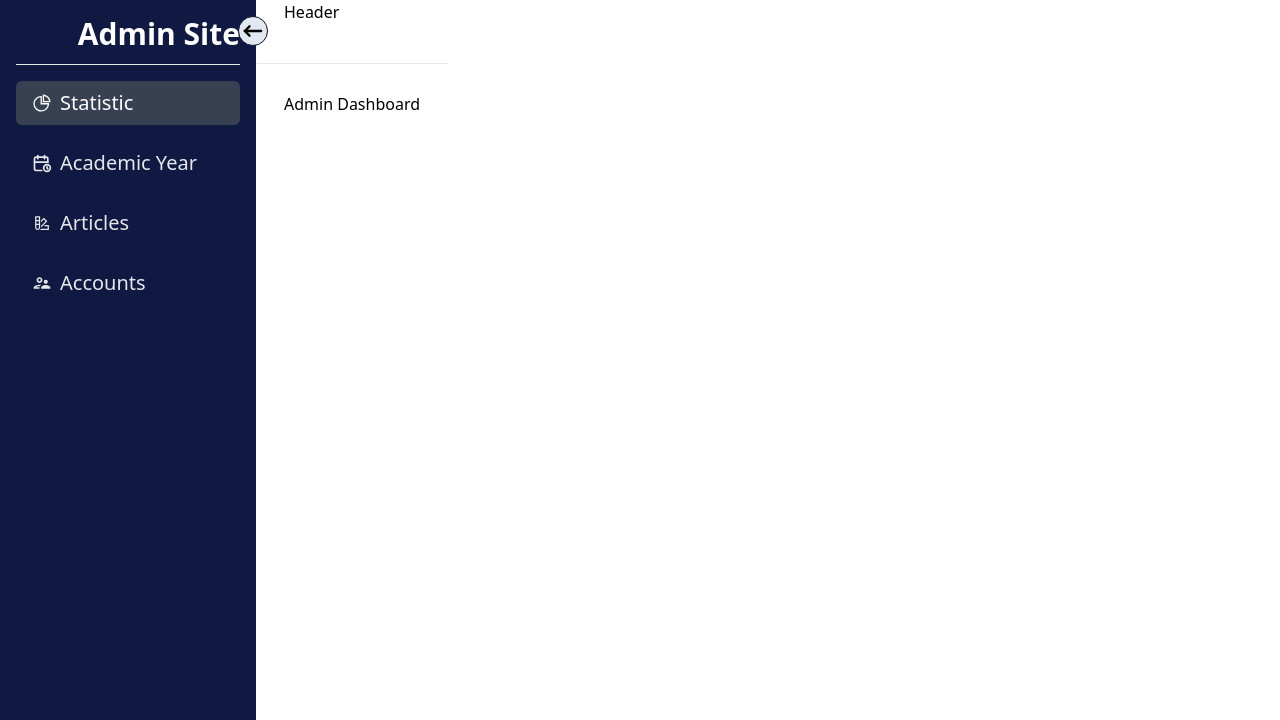
Repository: huynhvanngoan/COMP1640FE-Template
Page: /admin
The author's editor kept a copy of each file at every save. The page is drawn from the files as they stood at one save, then again after the next save.
The browser window is 1280 px wide. The pictures show the whole page.
The project was rebuilt for these pictures with package versions that can differ from the ones it lists, and the page was loaded fresh each time. Also part of the build but not shown: src/components/buttonStyles.js, src/pages/LoginPage.jsx, src/pages/student/StudentDashboard.jsx, src/pages/department/DepartmentDashboard.jsx, src/pages/marketing/MarketingDashboard.jsx, src/pages/guest/GuestDashboard.jsx.

Above is the page before, as saved 2024-03-24 07:02:15.

### src/index.js
import React from 'react';
import ReactDOM from 'react-dom/client';
import './index.css';
import App from './App';

const root = ReactDOM.createRoot(document.getElementById('root'));
root.render(
  <React.StrictMode>
      <App />
  </React.StrictMode>
)

### src/index.css
@import url('https://fonts.googleapis.com/css2?family=Inter:wght@100;200;300;400;500;600;700;800;900&display=swap');
@tailwind base;
@tailwind components;
@tailwind utilities;

### src/App.js
import React from 'react'
import { BrowserRouter as Router, Routes, Route, Navigate } from "react-router-dom";
import LoginPage from './pages/LoginPage';
import StudentDashboard from './pages/student/StudentDashboard';
import DepartmentDashboard from './pages/department/DepartmentDashboard';
import MarketingDashboard from './pages/marketing/MarketingDashboard';
import GuestDashboard from './pages/guest/GuestDashboard';
import Layout from './pages/admin/layout';
const App = () => {


  return (
    <Router>
        <Routes>
          <Route path="/login" element={<LoginPage/>} />

          <Route path="/admin" element={<Layout />}/>

          <Route path="/student-dashboard" element={<StudentDashboard />}/>

          <Route path="/guest-dashboard" element={<GuestDashboard />}/>

          <Route path="/department-dashboard" element={<DepartmentDashboard />}/>

          <Route path="/marketing-dashboard" element={<MarketingDashboard />}/>

          {/* <Route path='/marketing-homepage' element={<MarketingHomePage  />}/> */}

          <Route path='*' element={<Navigate to="/login" />} />

        </Routes>
    </Router>
  )
}

export default App

### src/pages/admin/layout.js
import React from 'react';
import Sidebar from './Sidebar';
import Header from './Header';
import AdminDashboard from './AdminDashboard';


export default function Layout() {
  return (
      <div className='flex'>
        <Sidebar />
        <div className='flex flex-col'>
          <Header />
          <AdminDashboard />
        </div>
      </div>
  );
}

### src/pages/admin/Sidebar.js
import React, { useState } from 'react';
import { Link } from 'react-router-dom';
import { AiOutlinePieChart } from "react-icons/ai";
import { TbCalendarTime } from "react-icons/tb";
import { LiaSwatchbookSolid } from "react-icons/lia";
import { MdOutlineSupervisorAccount } from "react-icons/md";
import { TbArrowNarrowLeft } from "react-icons/tb";
export const SidebarContent = [
  {
    icon: AiOutlinePieChart,
    heading: "Statistic"
  },
  {
    icon: TbCalendarTime,
    heading: "Academic Year"
  },
  {
    icon: LiaSwatchbookSolid,
    heading: "Articles"
  },
  {
    icon: MdOutlineSupervisorAccount,
    heading: "Accounts"
  }
]

export default function Sidebar() {
  const [selected, setSelected] = useState(0);
  const [colapse, setColapse] = useState(true);

  return (
    <div className={`left-0 top-0 h-screen bg-[#0f1941] p-4 ${colapse ? "w-64" : "w-20"} duration-300`}>
        <div className='flex flex-col'>
           <div className='relative flex h-10 justify-end'>
            <h1 className='text-white text-3xl font-bold mr-'>Admin Site</h1>
            <TbArrowNarrowLeft className={`text-3xl bg-slate-200 rounded-full cursor-pointer absolute -right-7 border border-[#080e24] hover:text-white ${!colapse && 'rotate-180'}`} onClick={() => setColapse(!colapse)} />
           </div>
          <ul className='my-2 border-t pt-4 w-full items-center'>
            {SidebarContent.map((item, index) => {
              return (
                <li className={selected === index  ? "mb-4 group active" : "mb-4" } key={index} onClick={() => setSelected(index)}>
                  <Link to="#" className={`flex w-full rounded-md items-center space-x-2 text-gray-200 hover:bg-[#080e24] hover:text-white group-[.active]:bg-gray-700 group-[.active]:text-white ${colapse ? 'text-xl px-4 py-2 ': 'text-3xl px-2 py-1'}`}>
                    { colapse ? (
                      <>
                        <item.icon />
                        <span>{item.heading}</span>
                      </>
                    ) : ( <item.icon />)
                    }
                  </Link>
                </li>
              )
            })}
          </ul>
        </div>
    </div>
  );
}

### src/pages/admin/Header.js
import React from 'react';

export default function Header() {
  return (
    <div className='px-7 border-b w-full h-16'>
        Header
    </div>
  );
}

### src/pages/admin/AdminDashboard.js
import React from 'react'

const AdminDashboard = () => {
  return (
      <div className='p-7'>
        Admin Dashboard
      </div>
  )
}

export default AdminDashboard

### tailwind.config.js
/** @type {import('tailwindcss').Config} */
module.exports = {
  content: [
    "./src/**/*.{js,jsx,ts,tsx}",
  ],
  theme: {
    extend: {
      fontFamily: {
        "inter": ["Inter", "sans-serif"]
      }
    },
  },
  plugins: [],
}

Loaded but not shown: public/index.html (common file)

After the next save:
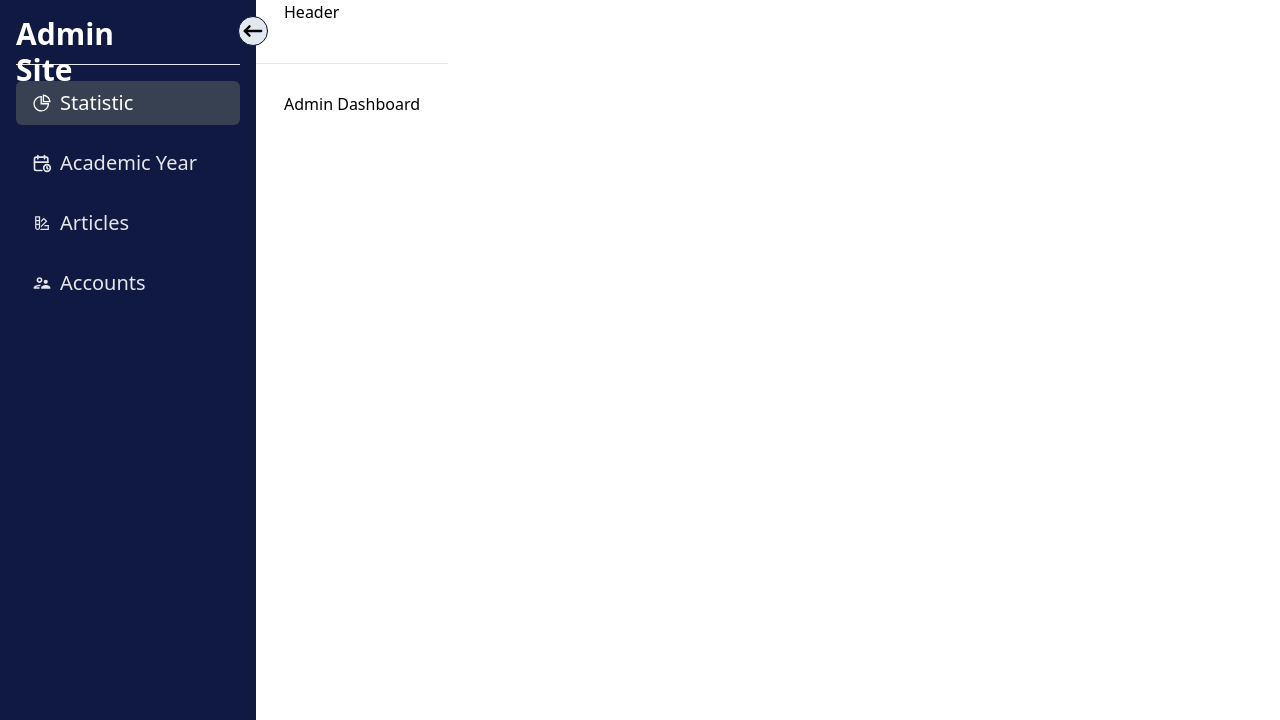
Saved 4 s later.
--- a/src/pages/admin/Sidebar.js
+++ b/src/pages/admin/Sidebar.js
@@ -32,7 +32,7 @@ export default function Sidebar() {
     <div className={`left-0 top-0 h-screen bg-[#0f1941] p-4 ${colapse ? "w-64" : "w-20"} duration-300`}>
         <div className='flex flex-col'>
            <div className='relative flex h-10 justify-end'>
-            <h1 className='text-white text-3xl font-bold mr-'>Admin Site</h1>
+            <h1 className='text-white text-3xl font-bold mr-20'>Admin Site</h1>
             <TbArrowNarrowLeft className={`text-3xl bg-slate-200 rounded-full cursor-pointer absolute -right-7 border border-[#080e24] hover:text-white ${!colapse && 'rotate-180'}`} onClick={() => setColapse(!colapse)} />
            </div>
           <ul className='my-2 border-t pt-4 w-full items-center'>
